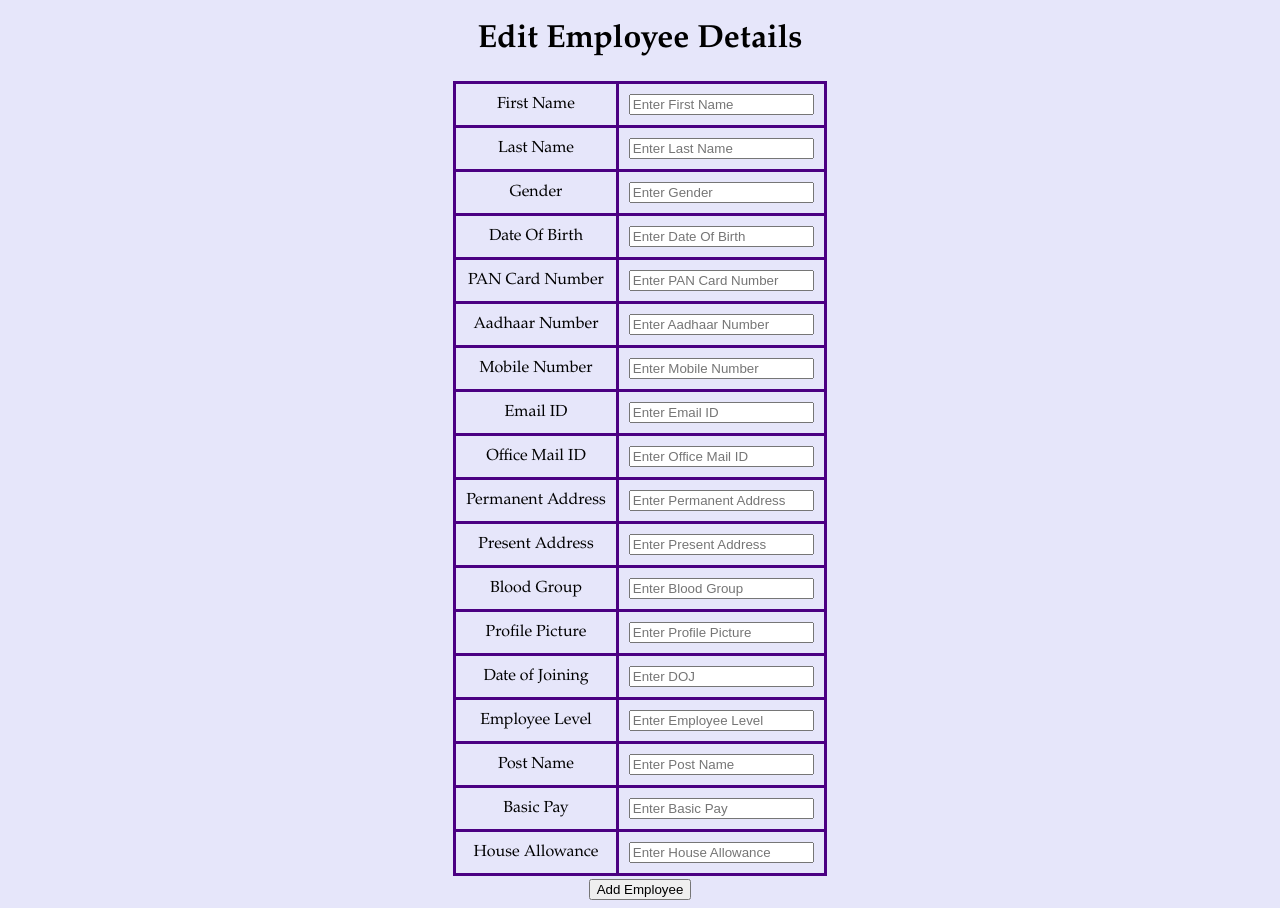
Repository: P9-Analyst-Java/employee-management-abhishekdatta12
Page: http://localhost/spring-expense-tracker/WEB-INF/views/employee.jsp
An editor plug-in stored every save of this project. The page is shown before and after the next save, followed by the edit.
The browser window is 1280 px wide. The pictures show the whole page.
The page is served by Tomcat 10. Nobody is signed in. The template is opened directly, without the code that normally fills it, so the values that code supplies are empty.

Above is the page before, as saved 2023-02-22 09:00:15.

After the next save:
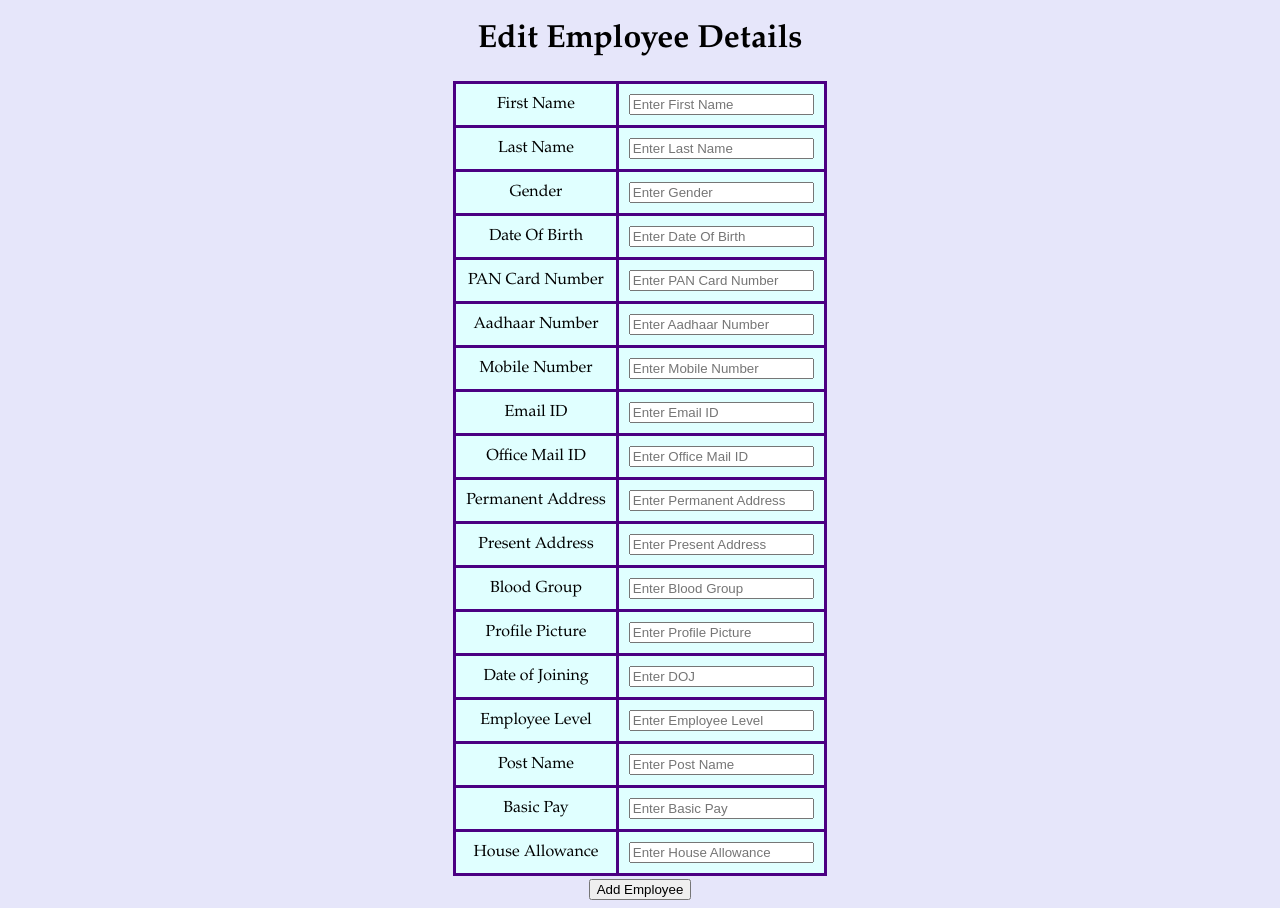
Saved 16 s later.
--- a/spring-portal/spring-expense-tracker/src/main/webapp/WEB-INF/views/employee.jsp
+++ b/spring-portal/spring-expense-tracker/src/main/webapp/WEB-INF/views/employee.jsp
@@ -34,6 +34,7 @@ table{
 }
 td{
 text-align: center;
+background-color: lightcyan;
 }
 th, td{
 	padding: 10px;
